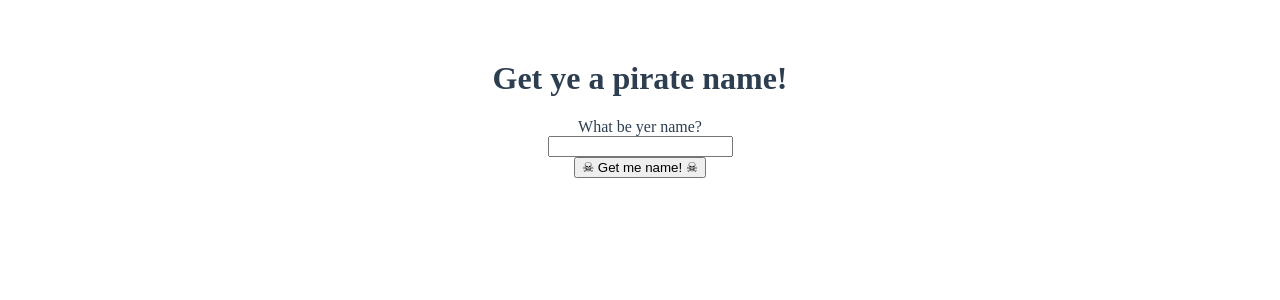
Repository: tessaSAC/pirate-namer
Page: /
These files come from the project's save history. The page is drawn as it stood at one moment and after the next save; the edit follows.
The browser window is 1280 px wide. The pictures show the whole page.
Some web fonts or font styles are not loaded; a fallback is used. The project was rebuilt for these pictures with package versions that can differ from the ones it lists, and the page was loaded fresh each time. Also part of the build but not shown: vite.config.js.

Above is the page before, as saved 2021-08-05 20:05:48.

After the next save:
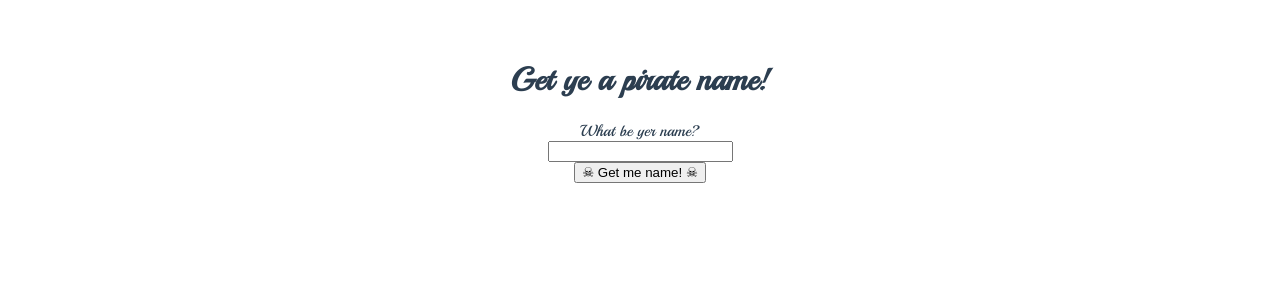
Saved 8 s later.
--- a/src/App.vue
+++ b/src/App.vue
@@ -186,9 +186,9 @@
 #app {
   font-family: 'Grenze Gotisch', cursive;
   font-family: 'Miniver', cursive;
-  font-family: 'Playball', cursive;
   font-family: 'Trade Winds', cursive;
   font-family: 'Seaweed Script', cursive;
+  font-family: 'Playball', cursive;
 
   -webkit-font-smoothing: antialiased;
   -moz-osx-font-smoothing: grayscale;

After the save that followed:
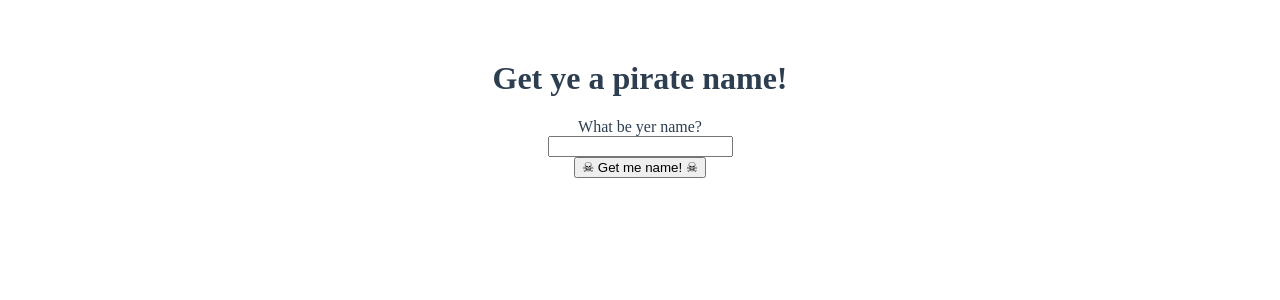
Saved 21 s later.
--- a/src/App.vue
+++ b/src/App.vue
@@ -185,10 +185,10 @@
 
 #app {
   font-family: 'Grenze Gotisch', cursive;
-  font-family: 'Miniver', cursive;
   font-family: 'Trade Winds', cursive;
   font-family: 'Seaweed Script', cursive;
   font-family: 'Playball', cursive;
+  font-family: 'Miniver', cursive;
 
   -webkit-font-smoothing: antialiased;
   -moz-osx-font-smoothing: grayscale;
